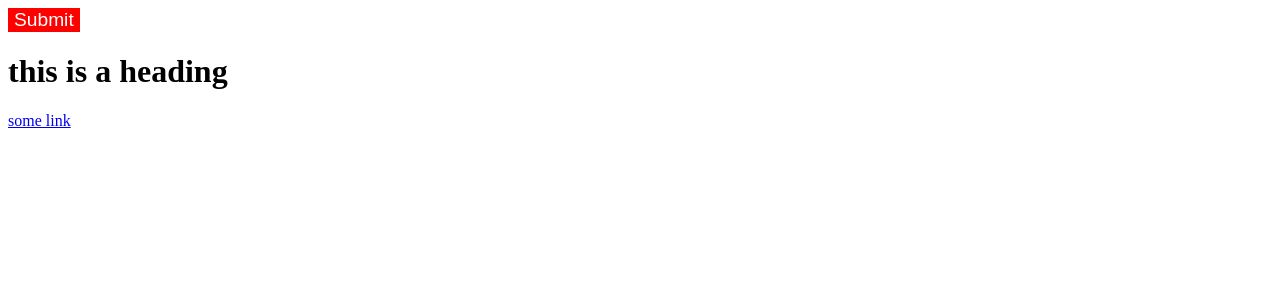
Repository: Kamrangujjar85112/Javascript-Vanilla-Projects
Page: index.html
An editor plug-in stored every save of this project. The page is shown before and after the next save, followed by the edit.
The browser window is 1280 px wide. The pictures show the whole page.
After loading, the first visible `button.btn` was clicked once.

Above is the page before, as saved 2022-01-20 17:10:33.

After the next save:
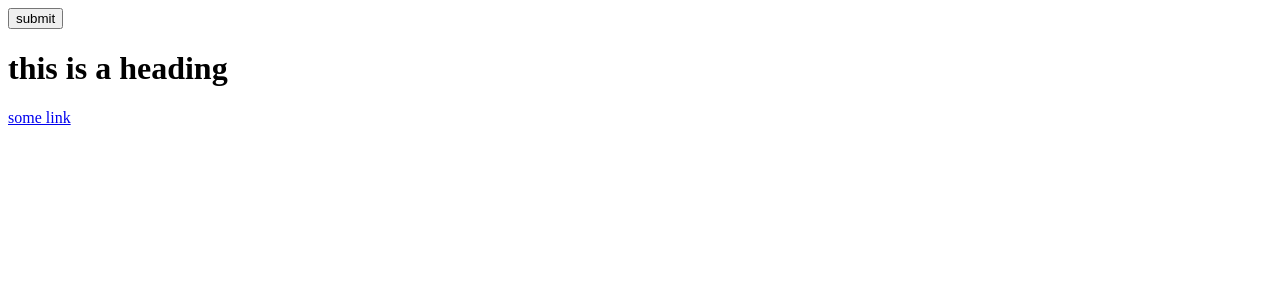
Saved 16 s later.
--- a/app.js
+++ b/app.js
@@ -883,7 +883,7 @@ heading.addEventListener('click' , function(event){
     event.currentTarget.classList.add('text');
 });
 button.addEventListener('click' , function(event){
-    event.currentTarget.classList.add('blue');
+    event.currentTarget.classList.remove('btn');
 });
 // heading.addEventListener('click' , function(event){
 //     console.log(event);
